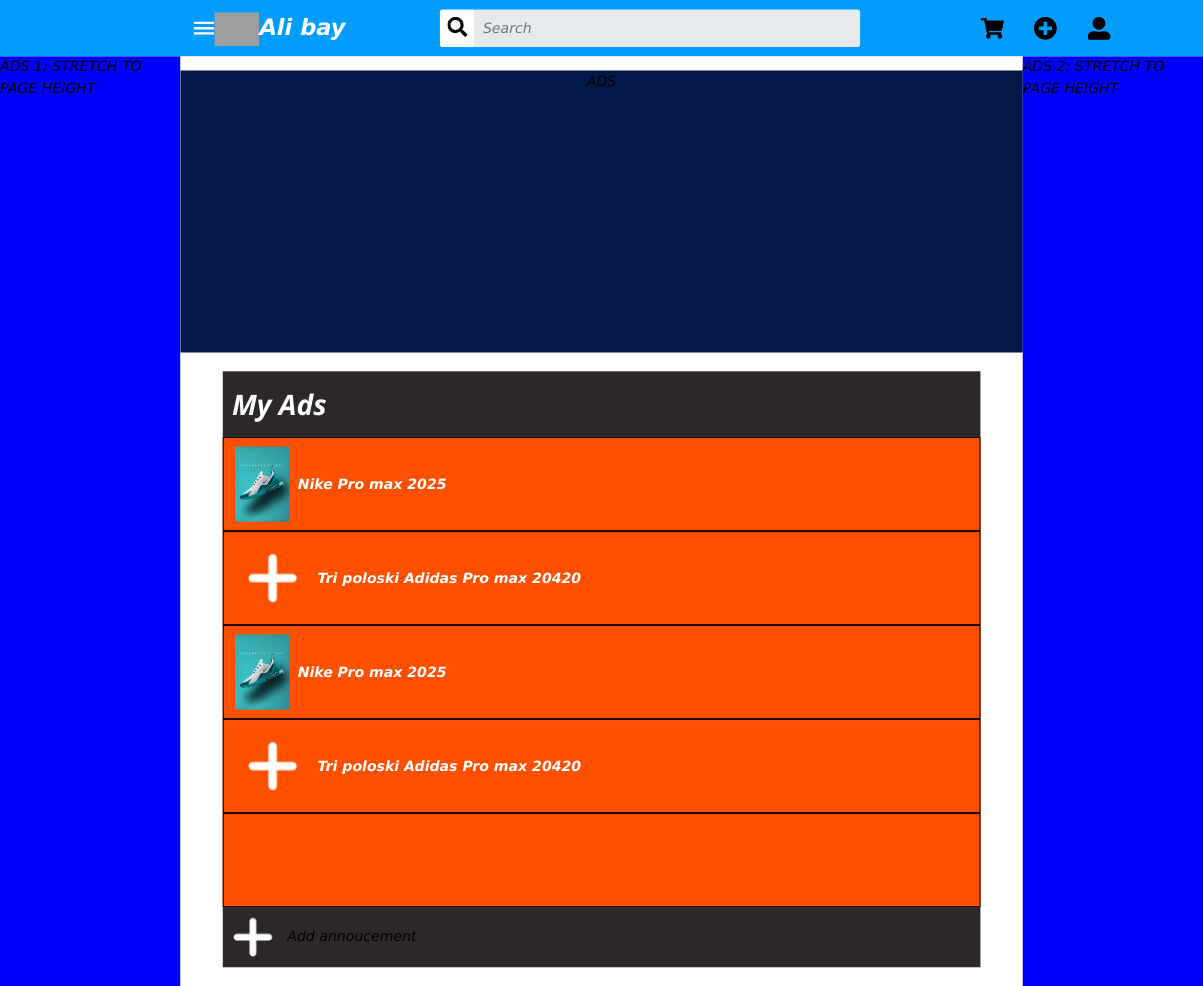
Repository: Aramys21/alibay-site
Page: public/ad_list.html
The author's editor kept a copy of each file at every save. The page is drawn from the files as they stood at one save, then again after a run of saves.
The browser window is 1280 px wide. The pictures show the whole page, at 94% of full size.
Pictures or frames that could not be fetched are drawn as grey boxes.

Above is the page before, as saved 2023-04-05 00:46:31.

After the next 2 saves:
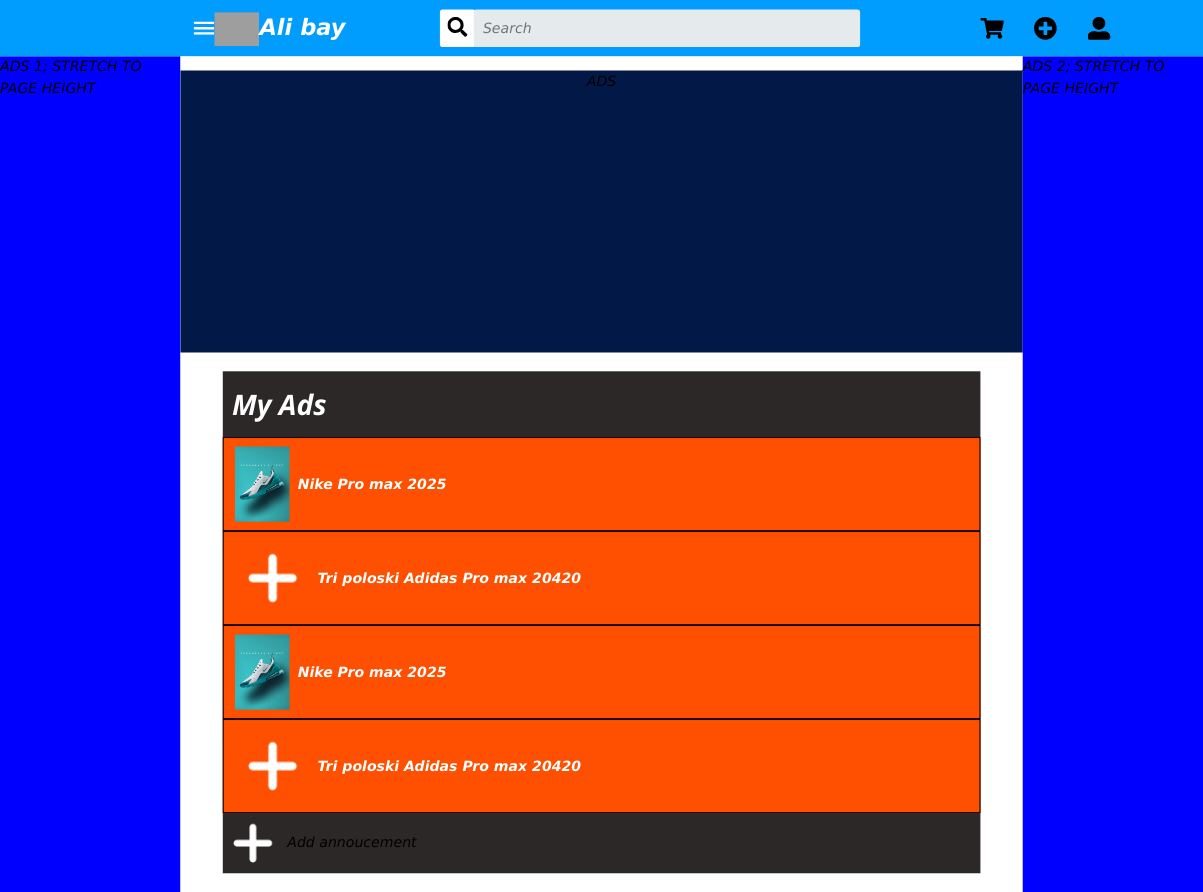
The 2 saves are shown as one change because they came seconds apart.
The last was saved 9 s later.
--- a/public/ad_list.html
+++ b/public/ad_list.html
@@ -129,7 +129,8 @@
 				<a>Tri poloski Adidas Pro max 20420</a>
 			</div>
 			<!-- single item end -->
-			<div class="list-list link-list-item"><a class="list-item " href="#"/>
+			<div class="list-list link-list-item">
+				<a href="#"/>
 			<a href="#"><img src="src/images/ades (2).png"></a>
 			<a href="#" style="text-decoration: none;">Add annoucement</a>
 
